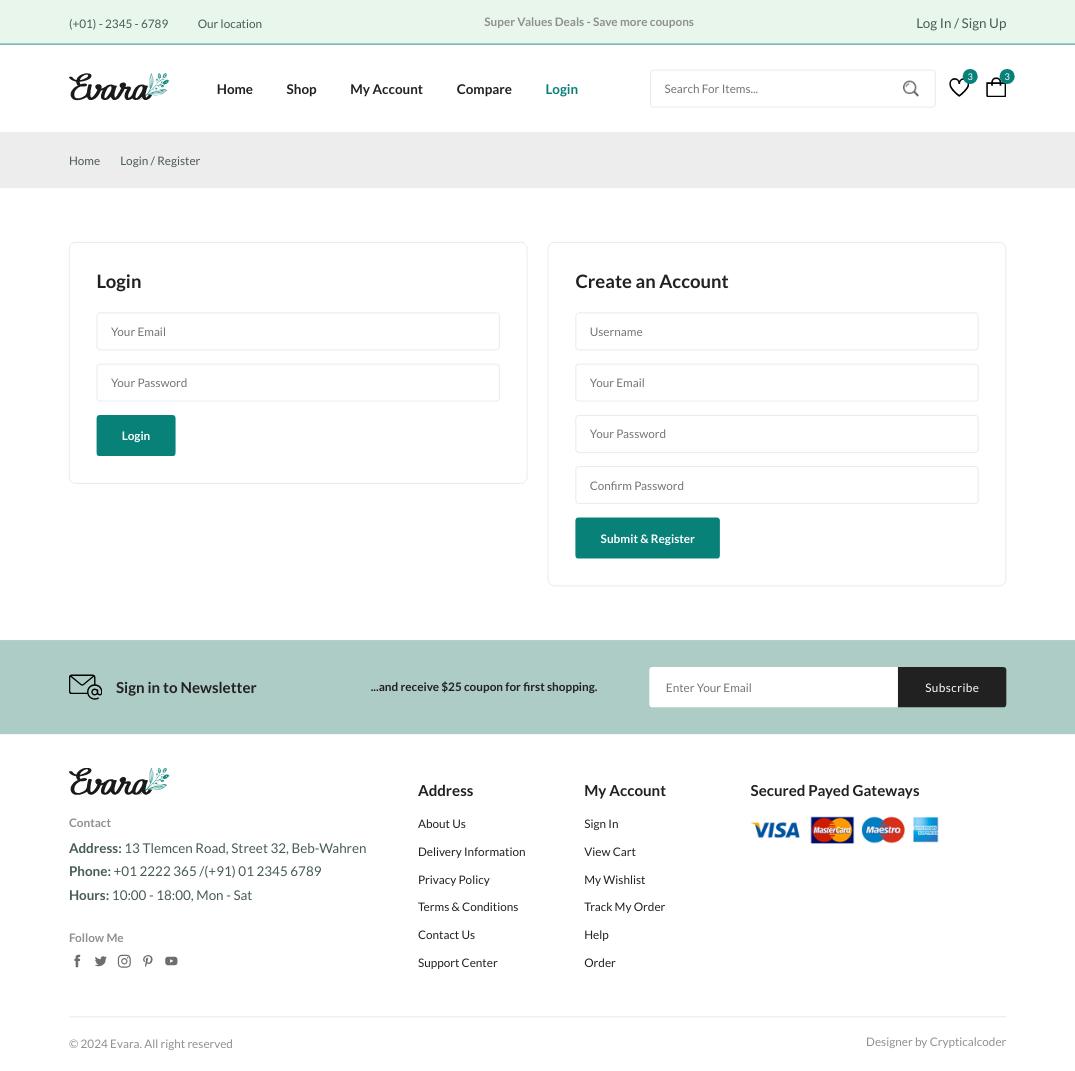
Repository: binhphanbp/evara-ecommerce
Page: login-register.html
These files come from the project's save history. The page is drawn as it stood at one moment and after the next save; the edit follows.
The browser window is 1280 px wide. The pictures show the whole page, at 84% of full size.

Above is the page before, as saved 2025-04-14 16:45:56.

After the next save:
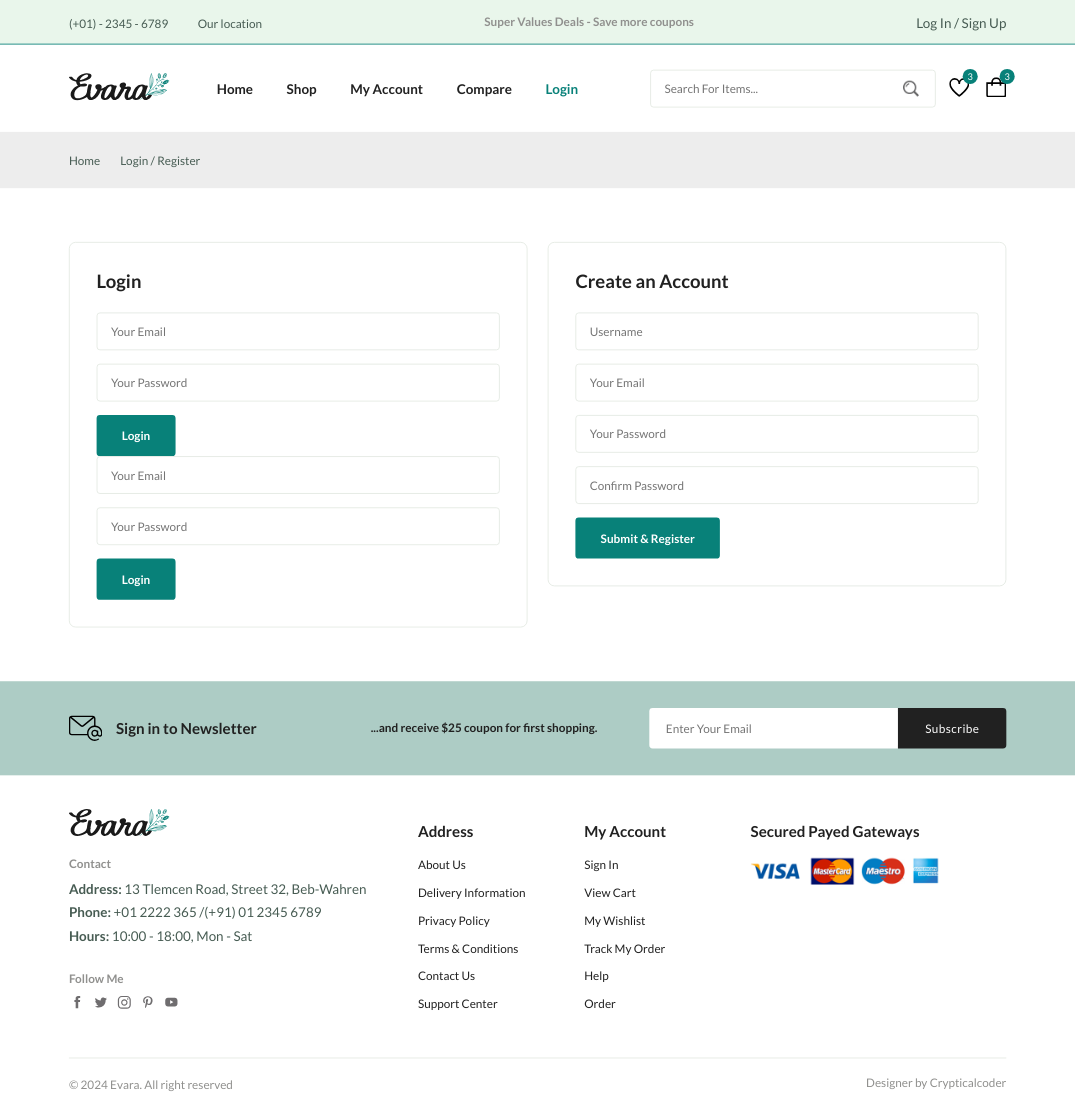
Saved 41 s later.
--- a/login-register.html
+++ b/login-register.html
@@ -107,6 +107,23 @@
         <div class="login-register__container container grid">
           <div class="login">
             <h3 class="section__title">Login</h3>
+            <form id="loginForm" class="form grid">
+              <input
+                type="email"
+                id="loginEmail"
+                placeholder="Your Email"
+                class="form__input"
+              />
+              <input
+                type="password"
+                id="loginPassword"
+                placeholder="Your Password"
+                class="form__input"
+              />
+              <div class="form__btn">
+                <button class="btn" type="submit">Login</button>
+              </div>
+            </form>
             <form id="loginForm" class="form grid">
               <input
                 id="loginEmail"

After the save that followed:
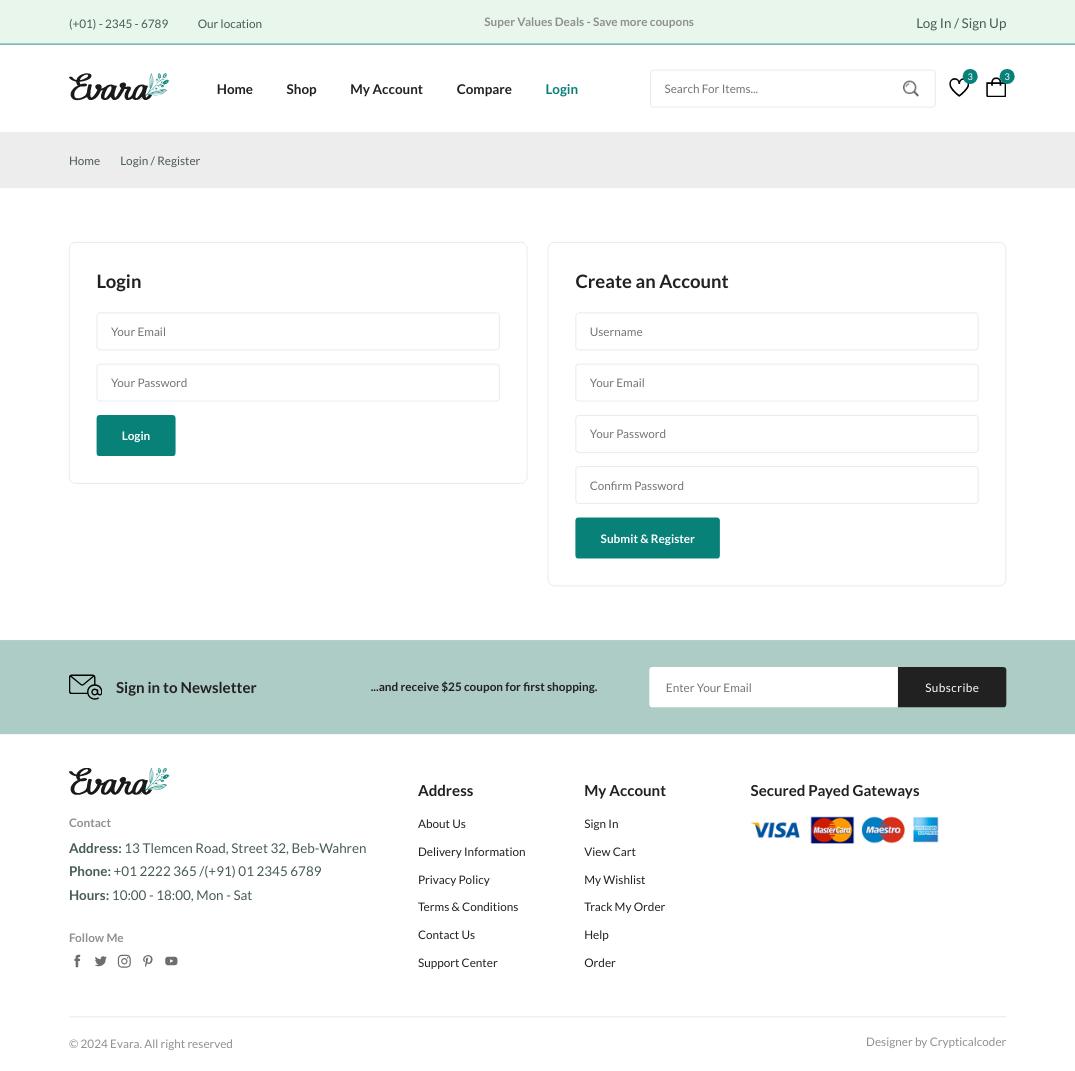
Saved 29 s later.
--- a/login-register.html
+++ b/login-register.html
@@ -122,23 +122,6 @@
               />
               <div class="form__btn">
                 <button class="btn" type="submit">Login</button>
-              </div>
-            </form>
-            <form id="loginForm" class="form grid">
-              <input
-                id="loginEmail"
-                type="email"
-                placeholder="Your Email"
-                class="form__input"
-              />
-              <input
-                id="loginPassword"
-                type="password"
-                placeholder="Your Password"
-                class="form__input"
-              />
-              <div class="form__btn">
-                <button class="btn">Login</button>
               </div>
             </form>
           </div>
